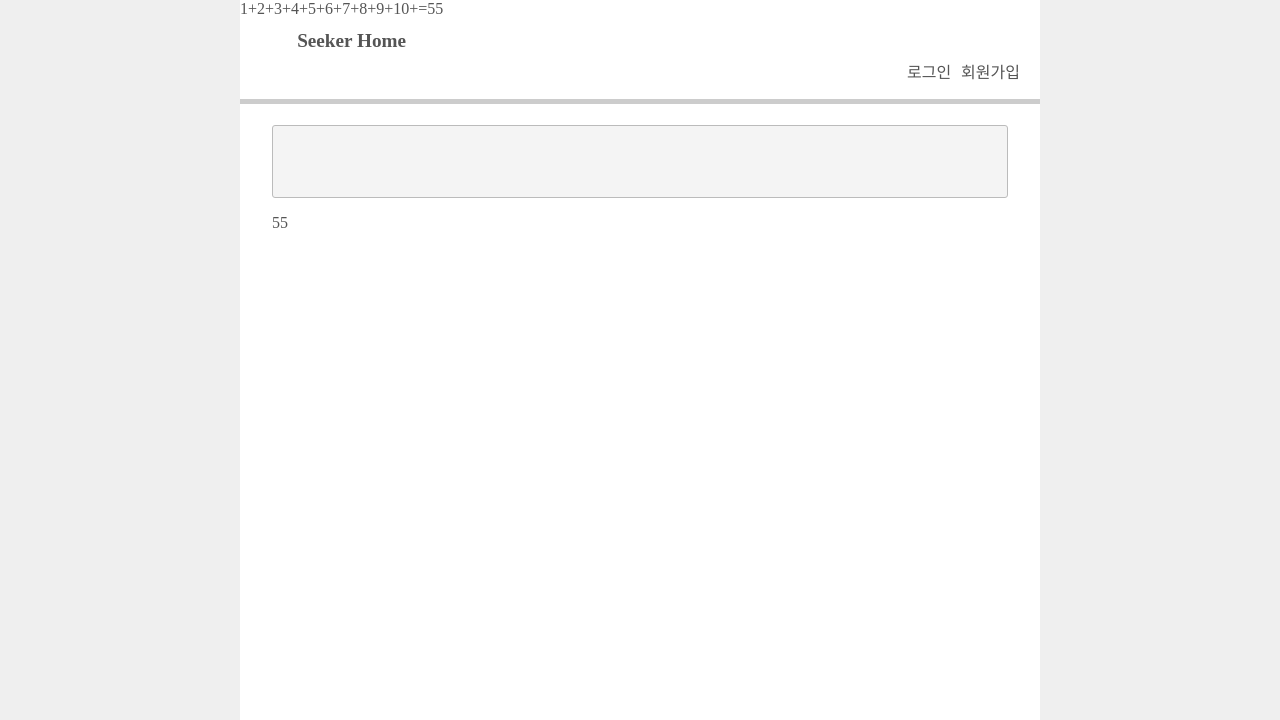
Repository: Seeker2250/JspTest
Page: http://localhost/jspPro/days01/ex03_02.jsp
An editor plug-in stored every save of this project. The page is shown before and after the next save, followed by the edit.
The browser window is 1280 px wide. The pictures show the whole page.
Some web fonts or font styles are not loaded; a fallback is used. The page is served by Tomcat 9.

Above is the page before, as saved 2024-10-15 06:08:36.

After the next save:
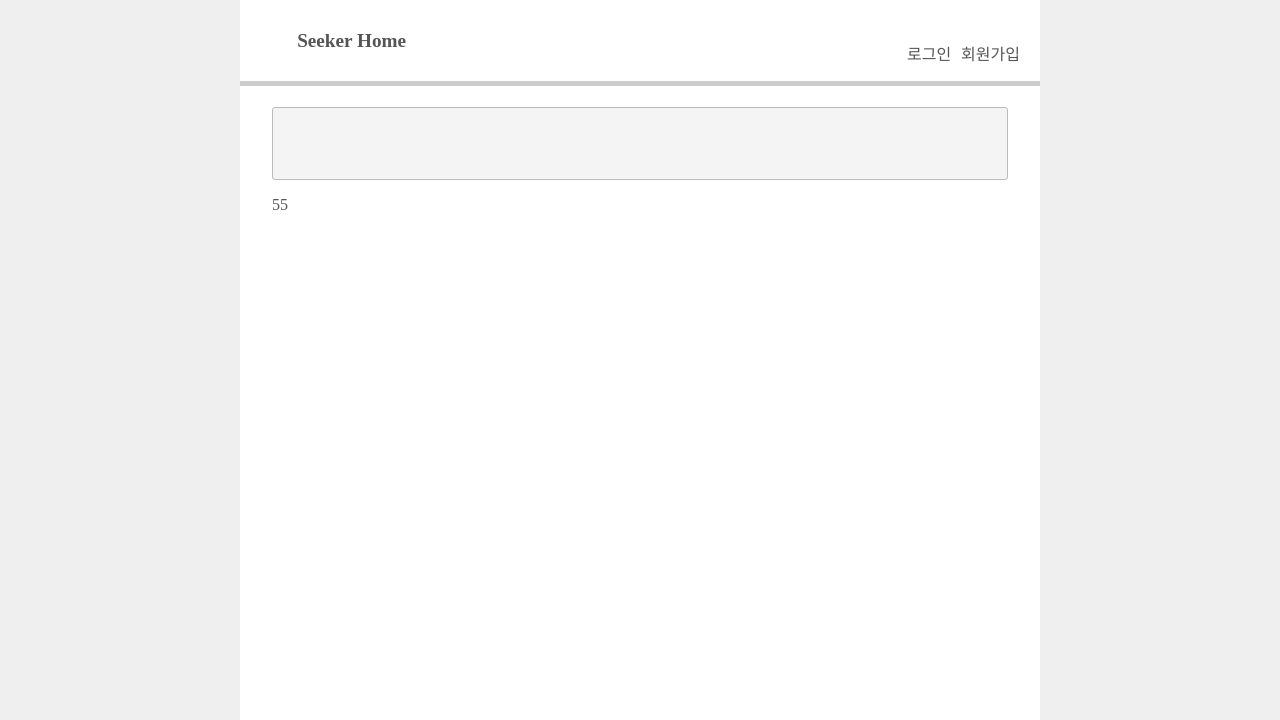
Saved 21 s later.
--- a/jspPro/src/main/webapp/days01/ex03_02.jsp
+++ b/jspPro/src/main/webapp/days01/ex03_02.jsp
@@ -4,10 +4,12 @@
   String content = "";
   int sum = 0;
   for(int i = 1; i <= 10; i++){
-	  sum +=i;
-	  out.write(i+"+");
-  }
-  out.write("=" + sum);
+	 // sum +=i;
+	//  out.write(i+"+");
+
+  }//for
+
+  //out.write("=" + sum);
   %>
 <!DOCTYPE html>
 <html>
